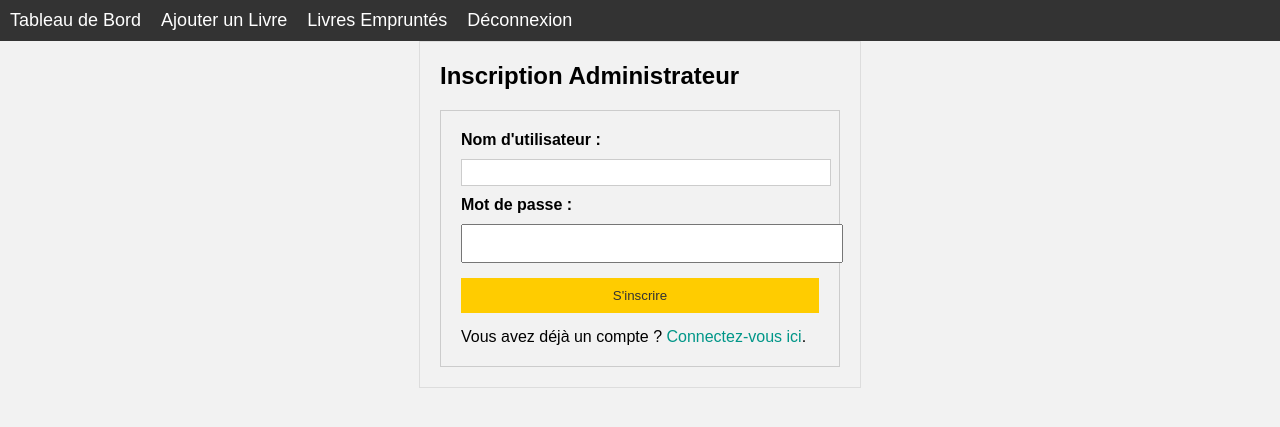
Repository: Eurin-lumen/space
Page: http://localhost/admin/admin_register.php
These files come from the project's save history. The page is drawn as it stood at one moment and after the next save; the edit follows.
The browser window is 1280 px wide. The pictures show the whole page.
The page is run by PHP 8.4 with error messages shown; the project is at /var/www/html/.

Above is the page before, as saved 2023-07-23 03:31:51.

After the next save:
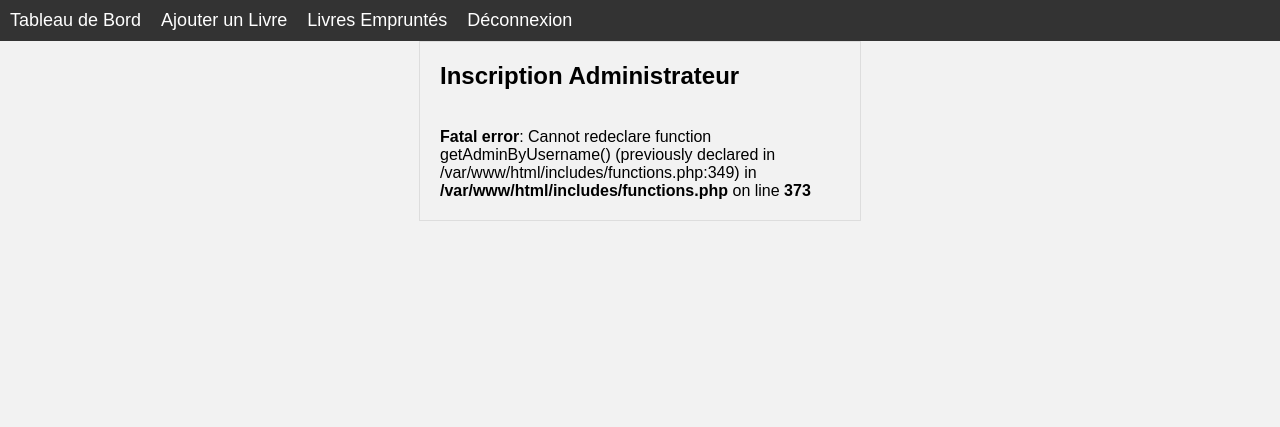
Saved 4 min 7 s later.
--- a/includes/functions.php
+++ b/includes/functions.php
@@ -369,22 +369,38 @@
 }
 
 // Fonction pour enregistrer un nouvel administrateur
+// Fonction pour récupérer un administrateur par son nom d'utilisateur
+function getAdminByUsername($username) {
+    global $conn;
+
+    $sql = "SELECT id, username, password FROM admins WHERE username = ?";
+    $stmt = mysqli_prepare($conn, $sql);
+
+    if (!$stmt) {
+        return null;
+    }
+
+    mysqli_stmt_bind_param($stmt, "s", $username);
+    mysqli_stmt_execute($stmt);
+    mysqli_stmt_bind_result($stmt, $id, $username, $hashed_password);
+    mysqli_stmt_fetch($stmt);
+    mysqli_stmt_close($stmt);
+
+    if (!$id) {
+        return null;
+    }
+
+    return ['id' => $id, 'username' => $username, 'hashed_password' => $hashed_password];
+}
+
+// Fonction pour enregistrer un nouvel administrateur dans la base de données
 function registerAdmin($username, $password) {
     global $conn;
 
     // Vérifier si l'administrateur existe déjà dans la base de données
-    $query = "SELECT id FROM users WHERE username = ?";
-    $stmt = mysqli_prepare($conn, $query);
-
-    if (!$stmt) {
-        return false; // Une erreur s'est produite lors de la préparation de la requête
-    }
-
-    mysqli_stmt_bind_param($stmt, "s", $username);
-    mysqli_stmt_execute($stmt);
-    mysqli_stmt_store_result($stmt);
-
-    if (mysqli_stmt_num_rows($stmt) > 0) {
+    $existingAdmin = getAdminByUsername($username);
+
+    if ($existingAdmin) {
         return false; // L'administrateur existe déjà
     }
 
@@ -392,8 +408,8 @@
     $hashed_password = password_hash($password, PASSWORD_DEFAULT);
 
     // Insérer le nouvel administrateur dans la base de données
-    $query = "INSERT INTO users (username, password, role) VALUES (?, ?, 'admin')";
-    $stmt = mysqli_prepare($conn, $query);
+    $sql = "INSERT INTO admins (username, password) VALUES (?, ?)";
+    $stmt = mysqli_prepare($conn, $sql);
 
     if (!$stmt) {
         return false; // Une erreur s'est produite lors de la préparation de la requête
@@ -407,4 +423,3 @@
         return false; // Une erreur s'est produite lors de l'enregistrement de l'administrateur
     }
 }
-?>

After the save that followed:
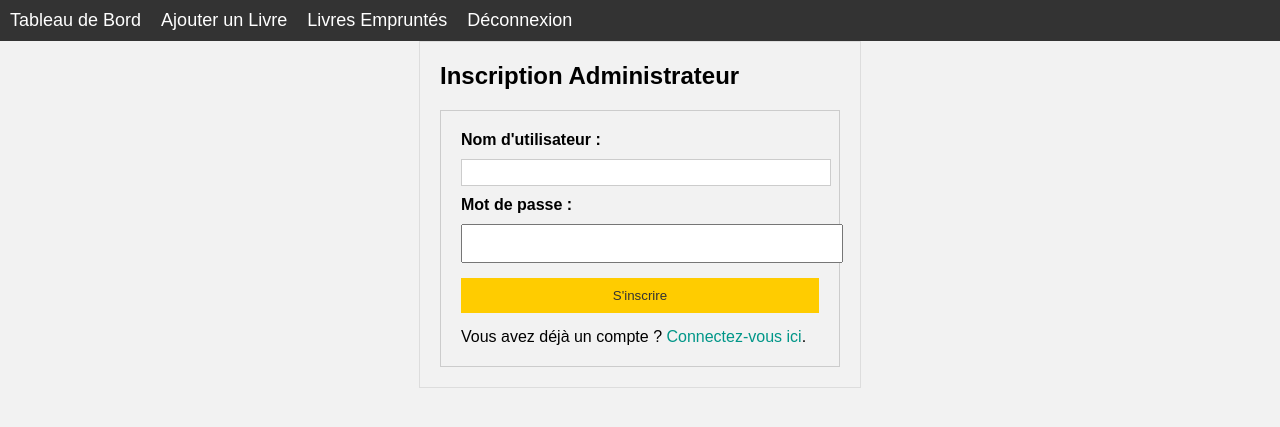
Saved 24 s later.
--- a/includes/functions.php
+++ b/includes/functions.php
@@ -369,29 +369,6 @@
 }
 
 // Fonction pour enregistrer un nouvel administrateur
-// Fonction pour récupérer un administrateur par son nom d'utilisateur
-function getAdminByUsername($username) {
-    global $conn;
-
-    $sql = "SELECT id, username, password FROM admins WHERE username = ?";
-    $stmt = mysqli_prepare($conn, $sql);
-
-    if (!$stmt) {
-        return null;
-    }
-
-    mysqli_stmt_bind_param($stmt, "s", $username);
-    mysqli_stmt_execute($stmt);
-    mysqli_stmt_bind_result($stmt, $id, $username, $hashed_password);
-    mysqli_stmt_fetch($stmt);
-    mysqli_stmt_close($stmt);
-
-    if (!$id) {
-        return null;
-    }
-
-    return ['id' => $id, 'username' => $username, 'hashed_password' => $hashed_password];
-}
 
 // Fonction pour enregistrer un nouvel administrateur dans la base de données
 function registerAdmin($username, $password) {
